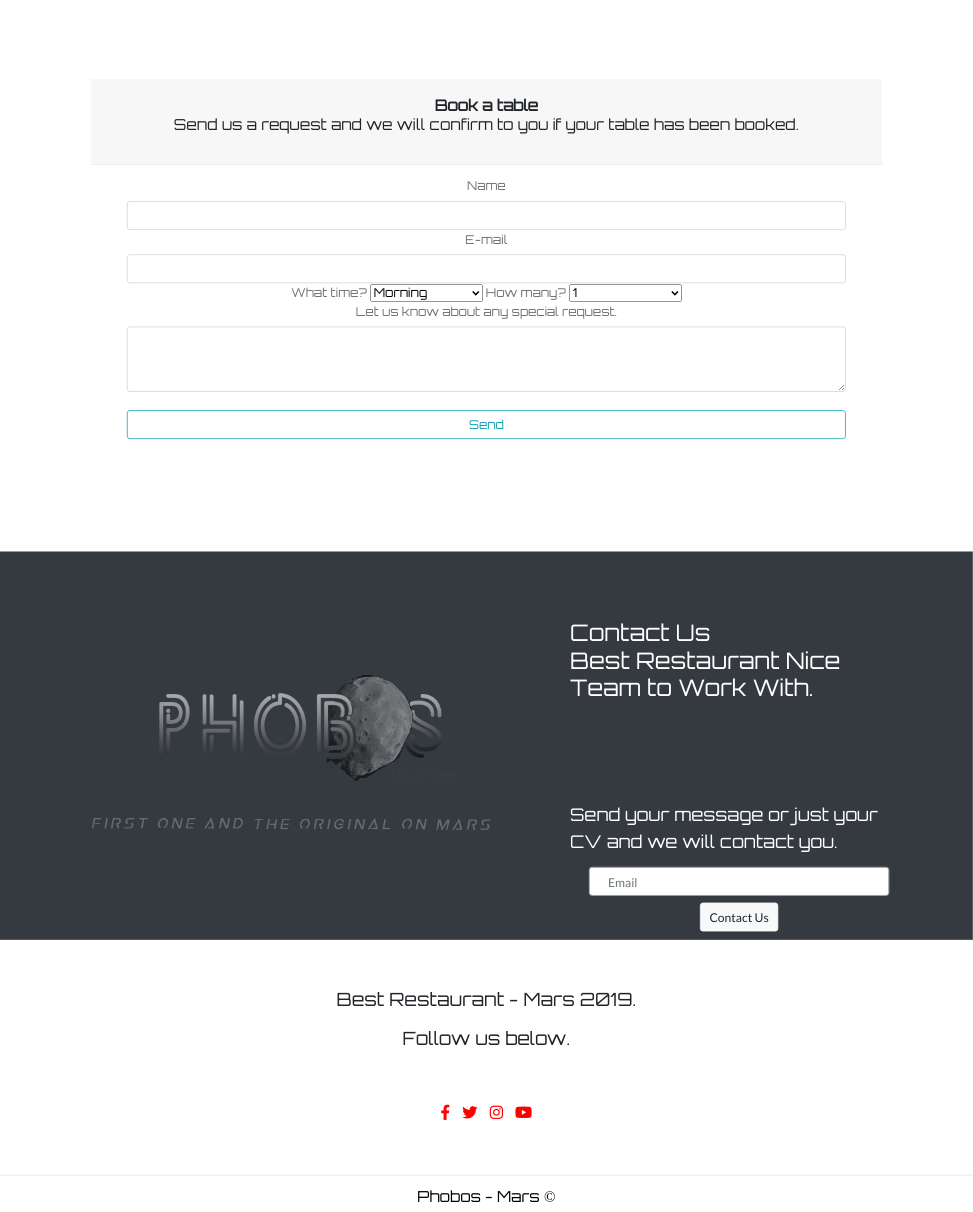
Repository: Code-Institute-Submissions/vinicald-Milestone-Project-1
Page: index.html
The author's editor kept a record of every edit. The page is drawn from the files as they stood at one moment, then again after the next edit.
The browser window is 1280 px wide. The pictures show the part of the page from y = 1797 to 3392 px (the page is 3392 px tall), at 76% of full size.
Backgrounds fixed to the window are drawn as part of the page. Some web fonts or font styles are not loaded; a fallback is used. Some web libraries are served in a nearby version.

Above is the page before.

### index.html
<!DOCTYPE html>
<html lang="en">

<head>
    <meta charset="UTF-8">
    <meta name="viewport" content="width=device-width, initial-scale=1.0">
    <meta http-equiv="X-UA-Compatible" content="ie=edge">
    <link rel="stylesheet" href="https://stackpath.bootstrapcdn.com/bootstrap/4.3.1/css/bootstrap.min.css" integrity="sha384-ggOyR0iXCbMQv3Xipma34MD+dH/1fQ784/j6cY/iJTQUOhcWr7x9JvoRxT2MZw1T" crossorigin="anonymous">
    <link rel="stylesheet" href="https://cdnjs.cloudflare.com/ajax/libs/font-awesome/5.9.0/css/all.css" integrity="undefined" crossorigin="anonymous" />
    <link rel="stylesheet" href="https://cdnjs.cloudflare.com/ajax/libs/hover.css/2.3.1/css/hover-min.css" integrity="sha256-c+C87jupO1otD1I5uyxV68WmSLCqtIoNlcHLXtzLCT0=" crossorigin="anonymous" />
    <link rel="stylesheet" href="assets/css/style2.css" type="text/css" />
    <title>Phobos - The Only One</title>
</head>

<body>

    <header>
        <nav class="navbar navbar-expand-lg navbar-light">
            <a href="#" class="navbar-brand ml-3">Phobos</a>
            <button class="navbar-toggler" type="button" data-toggle="collapse" data-target="#navbarMenu" arial-controls="navbarMenu" aria-expand="false" aria-label="Toggle Navigation">
                <span class="navbar-toggler-icon"></span>
            </button>
            <div class="collapse navbar-collapse"></div>
            <div class="collapse navbar-collapse" id="navbarMenu">
                <ul class="navbar-nav ml-auto">
                    <li class="nav-item active">
                        <a href="#" class="nav-link">Home</a>
                    </li>
                    <li class="nav-item">
                        <a href="#aboutus" class="nav-link">About Us</a>
                    </li>
                    <li class="nav-item">
                        <a href="#menu" class="nav-link">Menu</a>
                    </li>
                    <li class="nav-item">
                        <a href="#" class="nav-link">Book a Table</a>
                    </li>
                    <li class="nav-item">
                        <a href="#" class="nav-link">Contact Us</a>
                    </li>
                </ul>
            </div>
        </nav>
    </header>

    <main>
        <div class="container-fluid p-0">
            <div class="site-content">
                <div class="d-flex justify-content-center">
                    <div class="d-flex flex-column">
                        <h1 class="site-title">Phobos Mars</h1>
                        <p class="site-desc">First one and The original on Mars.<br>More than 10 Awards</br>
                        </p>
                        <div class="d-flex flex-row">
                            <input type="button" value="Menu" class="btn site-btn1 px-4 py-3 mr-4 btn-light">
                        </div>
                    </div>
                </div>
            </div>
        </div>

        <div class="aboutus" id="aboutus">
            <div class="container text-center">
                <h1 class="heading-1">About us</h1>
                <h1 class="heading-2">A different Story and Unexpected Food</h1>
                <p class="para-1">The first restaurant on Mars, since 1972.</p>
                <div class="row justify-content-center text-center">
                    <div class="col-md-4">
                        <div class="card">
                            <img src="assets/images/restaurante.jpg" alt="Image1" class="card-img-top"></img>
                            <div class="card-body">
                                <h4 class="card-title">
                                    The First One
                                </h4>
                                <p class="card-text">
                                    The Restaurant was created in 1972, after our good old friend Louis Armstrong started this business on Mars.
                                </p>
                            </div>
                        </div>
                    </div>
                    <div class="col-md-4">
                        <div class="card">
                            <img src="assets/images/couple-on-coffee-date.jpg" alt="Image2" class="card-img-top">
                            <div class="card-body">
                                <h4 class="card-title">
                                    More Than 10 Awards
                                </h4>
                                <p class="card-text">
                                    We have been nominated more than 30 times for the Alien Space Restaurant of the Galaxy and we have won more than 10 Awards.
                                </p>
                            </div>
                        </div>
                    </div>
                    <div class="col-md-4">
                        <div class="card">
                            <img src="assets/images/cheers-to-holiday-eggnog.jpg" alt="Image3" class="card-img-top">
                            <div class="card-body">
                                <h4 class="card-title">
                                    The Perfect Food
                                </h4>
                                <p class="card-text">
                                    We serve the perfect dishes to all situations, from a galaxy meeting til a quick coffee.
                                </p>
                            </div>
                        </div>
                    </div>

                </div>
            </div>
        </div>

        <div class="menu" id="menu">
            <div class="container-fluid">
                <div class="d-flex justify-content-end">
                    <div class="d-flex flex-column m-4">
                        <h1 class="heading-1">Menu</h1>
                        <p class="para">Check it below</p>
                        <input type="button" value="Menu" class="btn btn-danger">
                    </div>
                </div>
            </div>
        </div>

        <div class="bookatable">
            <div class="container-fluid">
                <div class="d-flex flex-column m-4">
                    <div class="cardtable">
                        <h5 class="card-header info-color dark-text text-center py-4">
                            <strong>Book a table</strong>
                            <p>Send us a request and we will confirm to you if your table has been booked.</p>
                        </h5>
                        <div class="card-body px-lg-5 pt-0">
                            <form class="text-center" style="color: #757575;" action="#!">
                                <div class="md-form mt-3">
                                    <label for="materialContactFormName">Name</label>
                                    <input type="text" id="materialContactFormName" class="form-control">
                                </div>
                                <div class="md-form">
                                    <label for="materialContactFormEmail">E-mail</label>
                                    <input type="email" id="materialContactFormEmail" class="form-control">
                                </div>
                                <span>What time?</span>
                                <select class="mdb-select">
                                    <option value="" disabled>Choose option</option>
                                    <option value="1" selected>Morning</option>
                                    <option value="2">Afternoon</option>
                                    <option value="3">Evening</option>
                                </select>
                                <span>How many?</span>
                                <select class="mdb-select">
                                    <option value="" disabled>Choose option</option>
                                    <option value="1" selected>1</option>
                                    <option value="2">2</option>
                                    <option value="3">3</option>
                                    <option value="3">4</option>
                                    <option value="3">5+</option>
                                </select>
                                <div class="md-form">
                                    <label for="materialContactFormMessage">Let us know about any special request.</label>
                                    <textarea id="materialContactFormMessage" class="form-control md-textarea" rows="3"></textarea>
                                </div>
                                <button class="btn btn-outline-info btn-rounded btn-block z-depth-0 my-4 waves-effect" type="submit">Send</button>
                            </form>
                        </div>
                    </div>
                </div>
            </div>
        </div>


        <div class="contactus bg-dark">
            <div class="container">
                <div class="row">
                    <div class="col-md-7">
                        <img src="assets/images/logo mars.png" class="img-fluid" alt="Image7" width="590">
                    </div>
                    <div class="col-md-5">
                        <h1 class="text-white">
                            Contact Us<br> Best Restaurant Nice Team to Work With.
                        </h1>
                        <p class="para-1">Send your message or just your CV and we will contact you.</p>
                        <div class="form-inline justify-content-center">
                            <input type="text" name="Email" id="email" placeholder="Email" size="40" class="form-control px-4 py-2">
                            <input type="button" value="Contact Us" class="btn btn-danger btn-light">
                        </div>
                    </div>
                </div>
            </div>
        </div>
    </main>

    <footer>
        <div class="social text-center">
            <h4 style="margin-top: 5%">Best Restaurant - Mars 2019.</h4>
            <h4 class="my-4">Follow us below.</h4>
            <div class="social" style="margin: 5%;">
                <div class="d-flex flex-row justify-content-center">
                    <i class="fab fa-facebook-f m-2"></i>
                    <i class="fab fa-twitter m-2"></i>
                    <i class="fab fa-instagram m-2"></i>
                    <i class="fab fa-youtube m-2"></i>
                </div>
            </div>
            <hr>
            <h5 style="color: black">Phobos - Mars &copy</h5>
        </div>
    </footer>
    <script src="https://code.jquery.com/jquery-3.3.1.slim.min.js" integrity="sha384-q8i/X+965DzO0rT7abK41JStQIAqVgRVzpbzo5smXKp4YfRvH+8abtTE1Pi6jizo" crossorigin="anonymous"></script>
    <script src="https://cdnjs.cloudflare.com/ajax/libs/popper.js/1.14.7/umd/popper.min.js" integrity="sha384-UO2eT0CpHqdSJQ6hJty5KVphtPhzWj9WO1clHTMGa3JDZwrnQq4sF86dIHNDz0W1" crossorigin="anonymous"></script>
    <script src="https://stackpath.bootstrapcdn.com/bootstrap/4.3.1/js/bootstrap.min.js" integrity="sha384-JjSmVgyd0p3pXB1rRibZUAYoIIy6OrQ6VrjIEaFf/nJGzIxFDsf4x0xIM+B07jRM" crossorigin="anonymous"></script>
</body>
</html>

### assets/css/style2.css
@import url('https://fonts.googleapis.com/css?family=Lexend+Deca: 100, 200, 300, 400, 500, 600, 700|Lato|Overlock+SC|Pacifico|Righteuos|Roboto|Orbitron|Exo:100, 200, 300, 400, 500, 600, 700');

body {
    padding: 0%;
    margin: 0%;
    font-family: "Lato";
}

/* Heading */

.navbar {
    background-color: #2B2A2B;
}

.navbar-brand {
    font-family: "Orbitron";
    font-size: 35px;
    color: #F0E9EE !important;
}

.nav-link {
    font-size: 16px;
    margin: 15px;
    color: black !important;
    font-family: "Orbitron";
}

.nav-link:hover {
    color: #fafafa !important;
}

.action .nav-link {
    color: #fafafa !important;
}


/* Main Container */

/*
site-content {
    background-image: url('../images/Bleach-Texture-Background-Monochromatic-Backdrop-2448282.jpg');
    background-attachment: fixed;
    background-size: cover;
}
*/

.site-content {
    background-color: #BF402A;
    background-size: cover;
}

.site-title,
.site-desc {
    color: #F0E9EE;
    font-family: "Orbitron";
}

.site-title {
    margin-top: 30%;
    margin-bottom: 6%;
    font-size: 50px;
}

.site-desc {
    font-size: 14px;
    padding-left: 15%;
}

.site-btn1 {
    background-color: #fafafa;
    font-family: "Orbitron";
}

.site-btn1 {
    margin-top: 5%;
    margin-bottom: 40%;
    margin-left: 30%;
}

/* About Us */

.aboutus .heading-1 {
    margin-top: 8%;
    font-family: "Orbitron";
}

.aboutus .heading-2 {
    margin-bottom: 5%;
    font-size: 39px;
    font-family: "Orbitron";
}

.aboutus .para-1 {
    width: 60%;
    margin-left: 20%;
    margin-bottom: 5%;
    font-family: "Orbitron";
}

.aboutus .card-text,
.para-1 {
    color: #161616;
}

.aboutus {
    margin-bottom: 8%;
}

.card {
    width: 20rem;
}

/* Menu */

.menu .container-fluid {
    background-image: url('../images/berry-cheesecake.jpg');
    background-size: cover;
    background-attachment: fixed;
}


.m-4 {
    margin: 6.5rem!important;
}

.menu .heading-1 {
    margin-top: 20%;
    margin-bottom: 4%;
    font-family: "Orbitron";
    width: 80%;
    color: #fafafa;
}

.menu .para {
    width: 100%;
    font-family: "Roboto";
    color: #fafafa;
    margin-bottom: 7%;
}

.menu .btn {
    margin-bottom: 15%;
    width: 60%;
    padding: 3% 5%;
}

/* Book a Table */

.cardtable {
    width: 20;
}

.card-header {
    font-family: "Orbitron";
}

.card-body {
    font-family: "Orbitron";
}

/* Contact Us */

.contactus {
    margin-top: 8%;
}

.contactus .row .col-md-7 .col-md-5 {
    margin-top: 10%;
    margin-bottom: 10%;
}

.contactus h1 {
    color: white;
    font-family: "Orbitron";
    font-size: 30px;
    text-decoration: none;
    margin-top: 20%;
}

.contactus .para-1 {
    color: white;
    font-family: "Orbitron";
    margin-top: 7%;
    font-size: 23px;
    margin-top: 30%;
}

.contactus .form-control {
    margin-bottom: 2%;
}

/* Social */

.social {
    font-family: "Orbitron";
}

.social i {
    color: red;
    font-size: 20px;
}

/* Media */

@media screen and (max-width: 768px) {
    .menu .card {
        width: 14rem;
    }

    .bookatable .col-md-7 img {
        width: 350px;
    }
}

@media screen and (max-width: 320px) {
    .site-content .site-title {
        font-size: 30px;
        padding: 15%;
    }

    .site-content .site-btn1 {
        margin-left: 15%;
    }

    .aboutus .heading-1,
    section-1 .heading-2 {
        font-size: 25px;
    }

    .aboutus .col-md-4 {
        padding: 5%;
        margin-left: 8%;
    }

    .aboutus .card {
        width: 15rem;
    }

    .bookatable .col-md-5 {
        padding: 0% 15%;
    }

    footer input[type="button"] {
        margin-top: 5%;
    }
}

### assets/css/style.css
@import url('https://fonts.googleapis.com/css?family=Lexend+Deca: 100, 200, 300, 400, 500, 600, 700|Lato|Overlock+SC|Pacifico|Righteuos|Roboto|Orbitron|Exo:100, 200, 300, 400, 500, 600, 700');

body {
    padding: 0%;
    margin: 0%;
    font-family: "Lato";
}

/* Heading */

.navbar {
    background-color: #2B2A2B;
}

.navbar-brand {
    font-family: "Orbitron";
    font-size: 35px;
    color: #F0E9EE !important;
}

.nav-link {
    font-size: 16px;
    margin: 15px;
    color: black !important;
    font-family: "Orbitron";
}

.nav-link:hover {
    color: #fafafa !important;
}

.action .nav-link {
    color: #fafafa !important;
}


/* Main Container */

/*
site-content {
    background-image: url('../images/Bleach-Texture-Background-Monochromatic-Backdrop-2448282.jpg');
    background-attachment: fixed;
    background-size: cover;
}
*/

.site-content {
    background-color: #BF402A;
    background-size: cover;
}

.site-title,
.site-desc {
    color: #F0E9EE;
    font-family: "Orbitron";
}

.site-title {
    margin-top: 30%;
    margin-bottom: 6%;
    font-size: 50px;
}

.site-desc {
    font-size: 14px;
    padding-left: 15%;
}

.site-btn1 {
    background-color: #fafafa;
    font-family: "Orbitron";
}

.site-btn1 {
    margin-top: 5%;
    margin-bottom: 40%;
    margin-left: 30%;
}

/* About Us */

.aboutus .heading-1 {
    margin-top: 8%;
    font-family: "Orbitron";
}

.aboutus .heading-2 {
    margin-bottom: 5%;
    font-size: 39px;
    font-family: "Orbitron";
}

.aboutus .para-1 {
    width: 60%;
    margin-left: 20%;
    margin-bottom: 5%;
    font-family: "Orbitron";
}

.aboutus .card-text,
.para-1 {
    color: #161616;
}

.aboutus {
    margin-bottom: 8%;
}

.card {
    width: 20rem;
}

/* Menu */

.menu .container-fluid {
    background-image: url('../images/berry-cheesecake.jpg');
    background-size: cover;
    background-attachment: fixed;
}


.m-4 {
    margin: 6.5rem!important;
}

.menu .heading-1 {
    margin-top: 20%;
    margin-bottom: 4%;
    font-family: "Orbitron";
    width: 80%;
    color: #fafafa;
}

.menu .para {
    width: 100%;
    font-family: "Roboto";
    color: #fafafa;
    margin-bottom: 7%;
}

.menu .btn {
    margin-bottom: 15%;
    width: 60%;
    padding: 3% 5%;
}

/* Book a Table */

.cardtable {
    width: 20;
}

.card-header {
    background-color: black;
    font-family: "Orbitron";
}

.card-body {
    font-family: "orbitron";
}

/* Contact Us */

.contactus {
    margin-top: 8%;
}

.contactus .row .col-md-7 .col-md-5 {
    margin-top: 10%;
    margin-bottom: 10%;
}

.contactus a {
    color: lightgreen;
    font-size: 40px;
    text-decoration: none;
}

.contactus .h1 {
    color: black;
}

.contactus .para-1 {
    color: white;
    font-family: "Roboto";
    margin-top: 7%;
    font-size: 23px;
}

/* Social */

.social i {
    color: red;
    font-size: 20px;
}

/* Media */

@media screen and (max-width: 768px) {
    .menu .card {
        width: 14rem;
    }

    .bookatable .col-md-7 img {
        width: 350px;
    }
}

@media screen and (max-width: 320px) {
    .site-content .site-title {
        font-size: 30px;
        padding: 15%;
    }

    .site-content .site-btn1 {
        margin-left: 15%;
    }

    .aboutus .heading-1,
    section-1 .heading-2 {
        font-size: 25px;
    }

    .aboutus .col-md-4 {
        padding: 5%;
        margin-left: 8%;
    }

    .aboutus .card {
        width: 15rem;
    }

    .bookatable .col-md-5 {
        padding: 0% 15%;
    }

    footer input[type="button"] {
        margin-top: 5%;
    }
}

After the next edit:
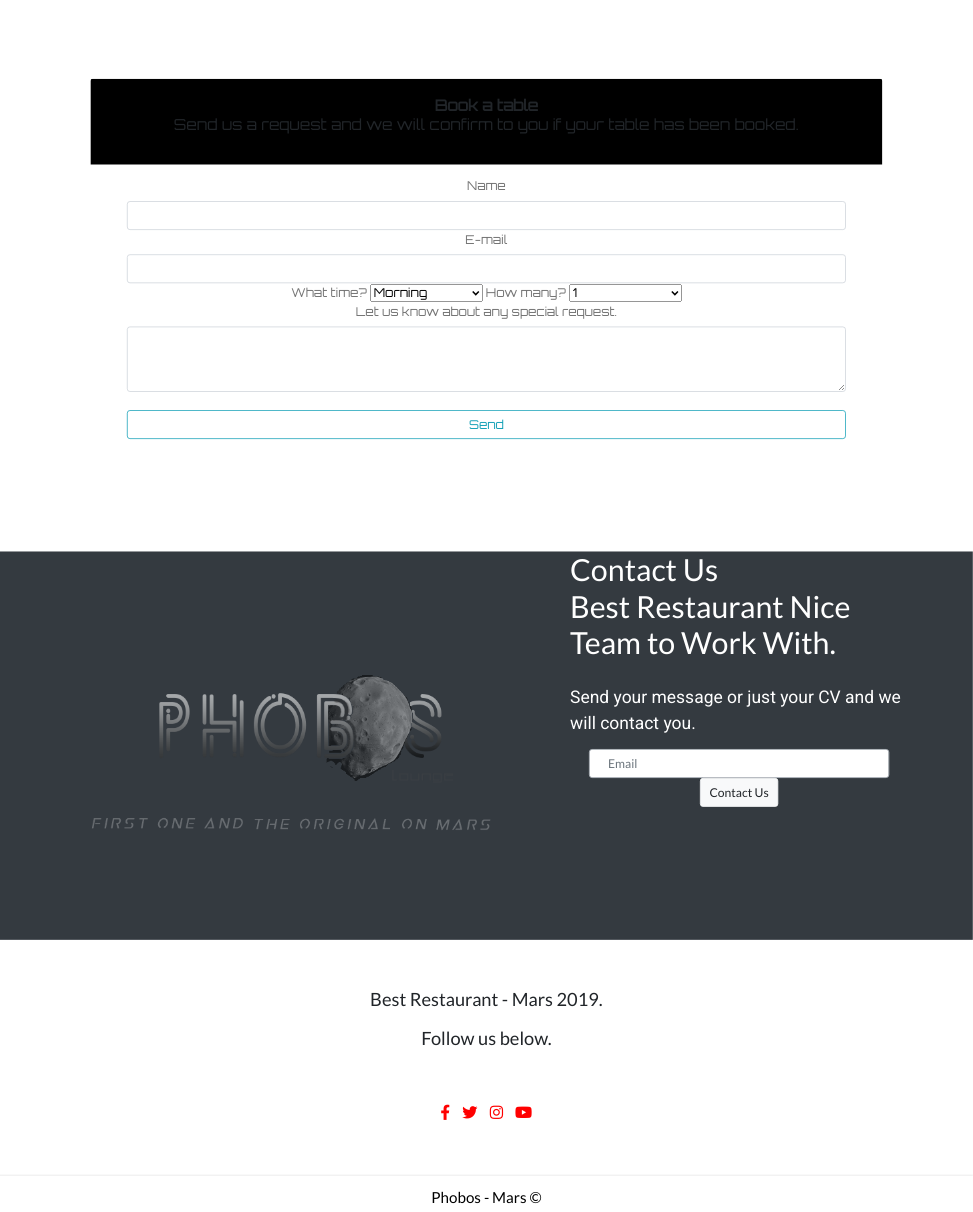
The edit:
--- a/index.html
+++ b/index.html
@@ -8,7 +8,7 @@
     <link rel="stylesheet" href="https://stackpath.bootstrapcdn.com/bootstrap/4.3.1/css/bootstrap.min.css" integrity="sha384-ggOyR0iXCbMQv3Xipma34MD+dH/1fQ784/j6cY/iJTQUOhcWr7x9JvoRxT2MZw1T" crossorigin="anonymous">
     <link rel="stylesheet" href="https://cdnjs.cloudflare.com/ajax/libs/font-awesome/5.9.0/css/all.css" integrity="undefined" crossorigin="anonymous" />
     <link rel="stylesheet" href="https://cdnjs.cloudflare.com/ajax/libs/hover.css/2.3.1/css/hover-min.css" integrity="sha256-c+C87jupO1otD1I5uyxV68WmSLCqtIoNlcHLXtzLCT0=" crossorigin="anonymous" />
-    <link rel="stylesheet" href="assets/css/style2.css" type="text/css" />
+    <link rel="stylesheet" href="assets/css/style.css" type="text/css" />
     <title>Phobos - The Only One</title>
 </head>
 
